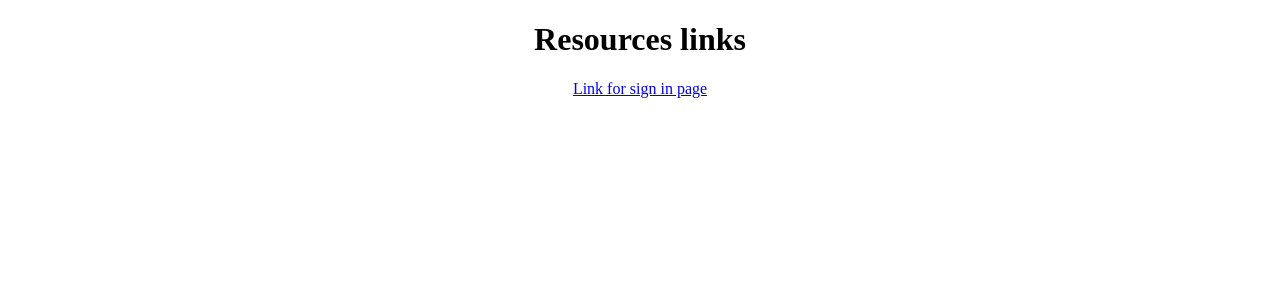
Repository: chetanmelavanki/project
Page: http://localhost/vaccine-app/
These files come from the project's save history. The page is drawn as it stood at one moment and after the next save; the edit follows.
The browser window is 1280 px wide. The pictures show the whole page.
The page is served by Tomcat 9.

Above is the page before, as saved 2022-08-14 03:07:50.

After the next save:
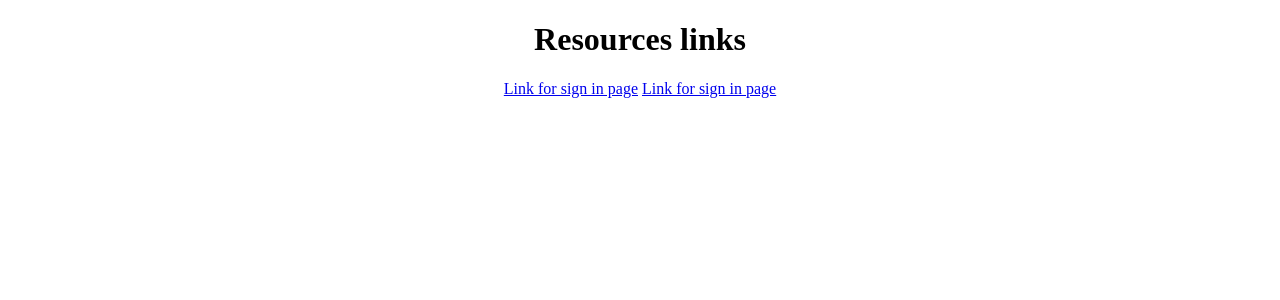
Saved 25 s later.
--- a/vaccine-app/src/main/webapp/Homepage.jsp
+++ b/vaccine-app/src/main/webapp/Homepage.jsp
@@ -12,6 +12,8 @@ body {
 <body>
 	<h1>Resources links</h1>
 	<a href="http://localhost:8080/vaccine-app/getVaccine.vaccine">Link for sign in page</a>
+	<a href="http://localhost:8080/vaccine-app/getVaccineOTP.vaccine">Link for sign in page</a>
+
 </body>
 </head>
 </html>
